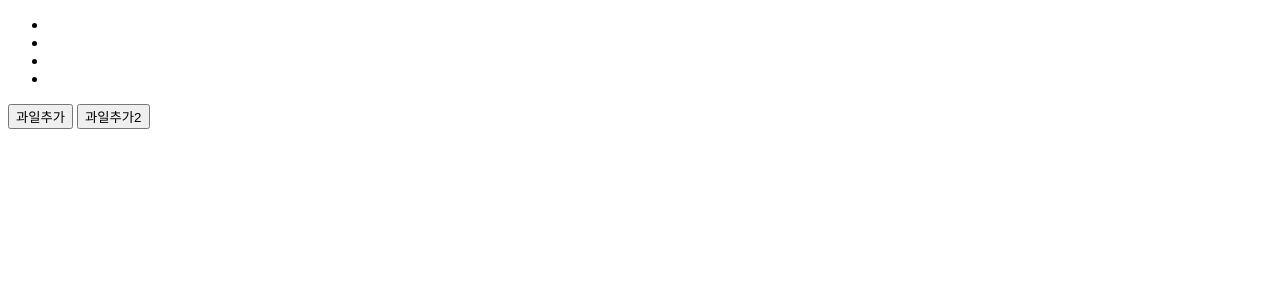
Repository: mvcfvsgdj/javaee
Page: ajaxPrj_09_6/src/main/webapp/jquery2.html
The author's editor kept a copy of each file at every save. The page is drawn from the files as they stood at one save, then again after the next save.
The browser window is 1280 px wide. The pictures show the whole page.
After loading, the first visible `button` was clicked once.

Above is the page before, as saved 2023-09-06 01:34:03.

After the next save:
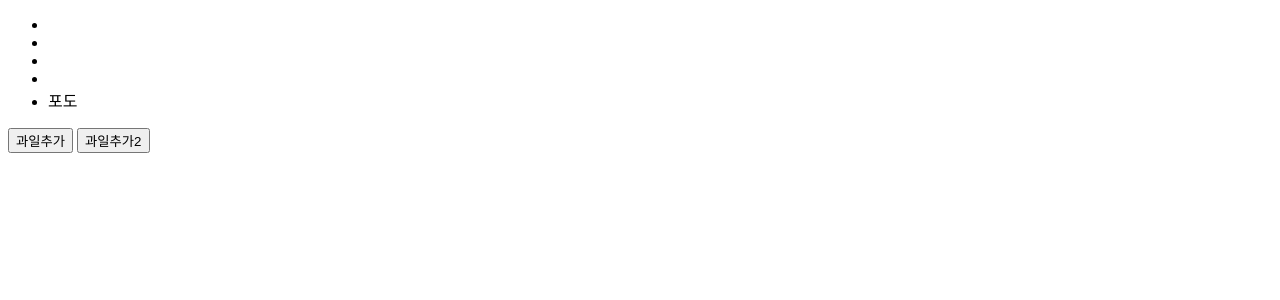
Saved 65 s later.
--- a/ajaxPrj_09_6/src/main/webapp/jquery2.html
+++ b/ajaxPrj_09_6/src/main/webapp/jquery2.html
@@ -8,6 +8,10 @@
 <script>
 function add1(){
 	alert("1");
+	let ul = document.getElementById("fruit_list");
+	let li = document.createElement("li");
+	li.innerHTML="포도";
+	ul.appendChild(li);
 }
 function add2(){
 	alert("2");
